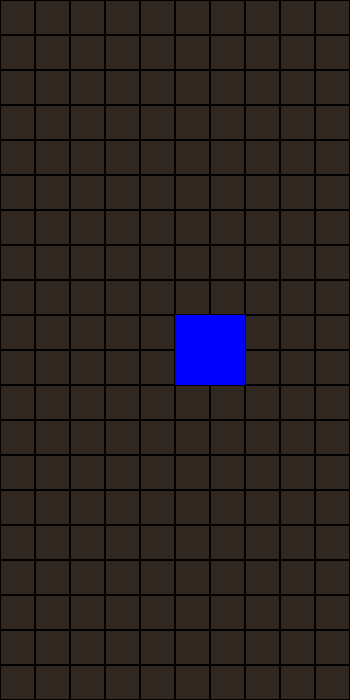
Repository: lucacdev/Tetris
Script's output: python main.py
These files come from the project's save history. The script's output is drawn as it stood at one moment and after the next save; the edit follows.
The window is shown after at most 60 frames with no key pressed. Random numbers start from a fixed seed.

Above is the script's output before, as saved 2024-02-29 18:39:01.

After the next save:
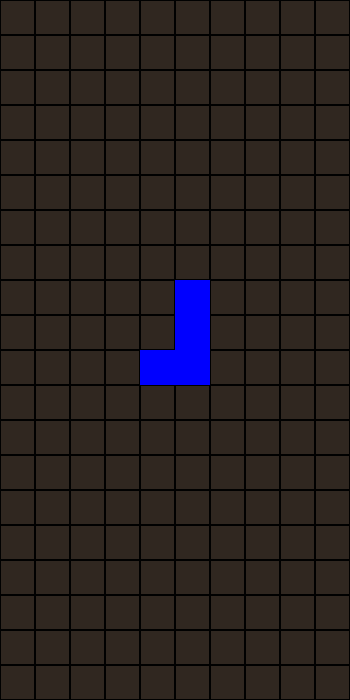
Saved 13 s later.
--- a/tetromino.py
+++ b/tetromino.py
@@ -15,7 +15,7 @@
 class Tetromino:
     def __init__(self, tetris):
         self.tetris = tetris
-        self.shape = 'O'
+        self.shape = 'J'
         self.blocks = [Block(self, pos) for pos in TETROMINOES[self.shape]]
 
     def update(self):
